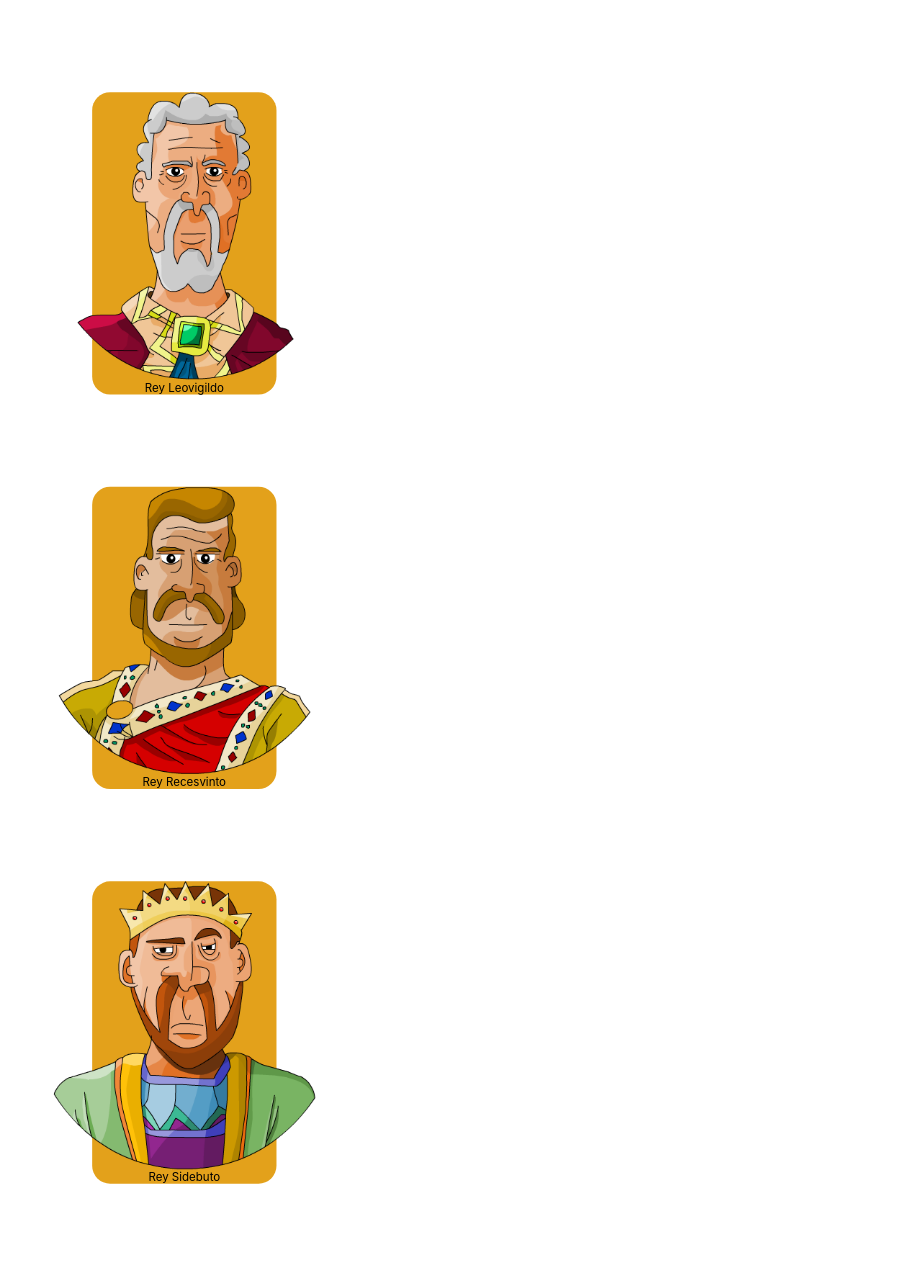
Repository: abgdev1997/ejercicios-react
Page: /
The author's editor kept a copy of each file at every save. The page is drawn from the files as they stood at one save, then again after the next save.
The browser window is 1280 px wide. The pictures show the whole page, at 72% of full size.
The project was rebuilt for these pictures with package versions that can differ from the ones it lists, and the page was loaded fresh each time.

Above is the page before, as saved 2022-02-22 09:45:50.

### src/App.js
import './App.css';
import leovigildo from './rey_leogivildo.png';
import recesvinto from './rey_recesvinto.png';
import sisebuto from './rey_sisebuto.png';

function App() {
  return (
    <div className="App">
      <div className='img'>
        <img alt='Rey Leovigildo' src={leovigildo} />
        <span>Rey Leovigildo</span>
      </div>
      <div className='img'>
        <img alt='Rey Recesvinto' src={recesvinto} />
        <span>Rey Recesvinto</span>
      </div>
      <div className='img'>
        <img alt='Rey Sisebuto' src={sisebuto} />
        <span>Rey Sidebuto</span>
      </div>
    </div>
  );
}

export default App;

### src/App.css
.App{

}

.img{
  background-color:#E3A11B;
  border-radius: 25px;
  display:flex;
  flex-direction: column;
  align-items:center;
  width: 20%;
  margin: 10%;
}

Loaded but not shown: public/index.html (common file); src/index.js (common file); src/index.css (common file)

After the next save:
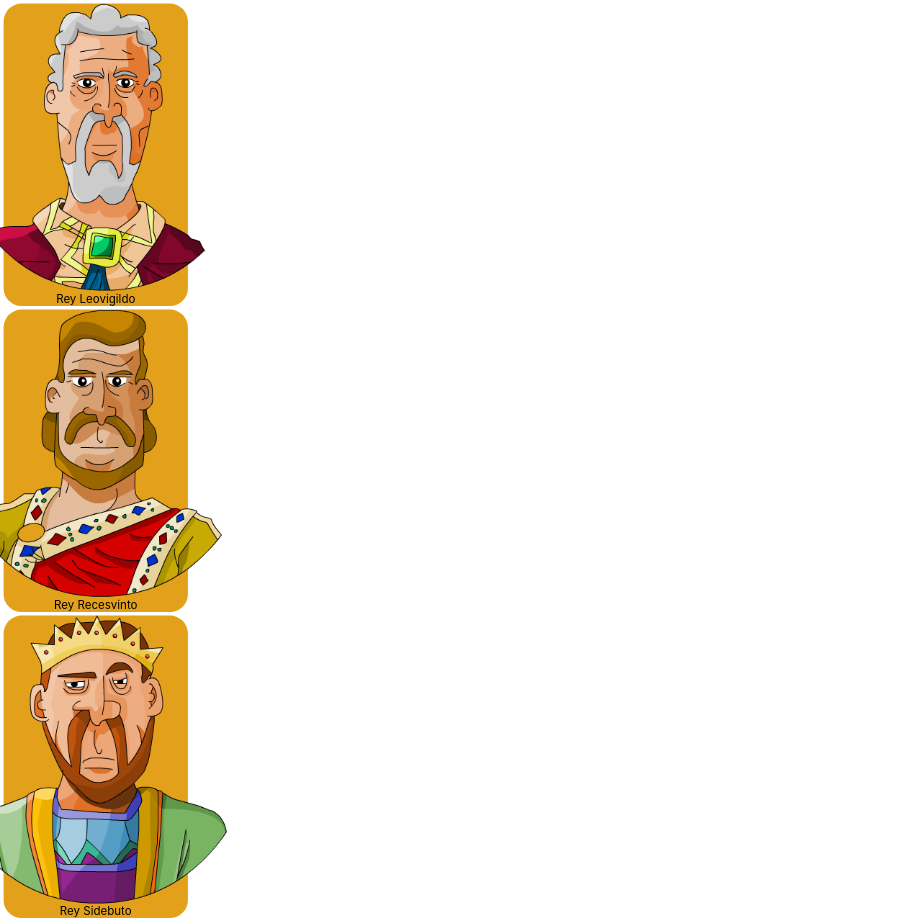
Saved 9 s later.
--- a/src/App.css
+++ b/src/App.css
@@ -9,5 +9,5 @@
   flex-direction: column;
   align-items:center;
   width: 20%;
-  margin: 10%;
+  margin: 5px;
 }
